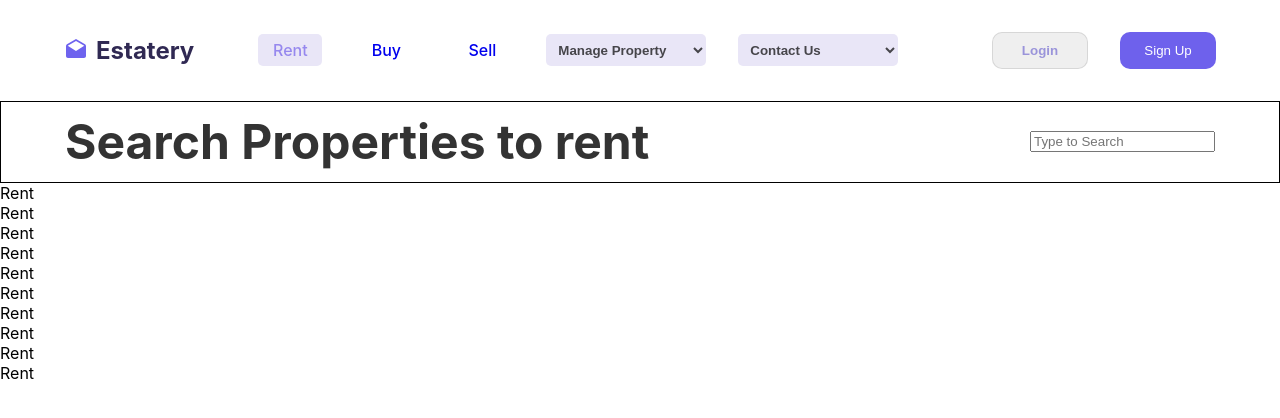
Repository: kapil4457/Reunion-Internship-Assignment
Page: /
These files come from the project's save history. The page is drawn as it stood at one moment and after the next save; the edit follows.
The browser window is 1280 px wide. The pictures show the whole page.
The project was rebuilt for these pictures with package versions that can differ from the ones it lists, and the page was loaded fresh each time. Also part of the build but not shown: src/App.css.

Above is the page before, as saved 2022-10-05 12:40:39.

### src/App.js
import { Route, Routes } from 'react-router-dom';
import './App.css';
import Header from './components/Header/Header';
import Home from  './components/Home/Home'
import Rent from './components/Rent/Rent';

function App() {
  return (
    <>
    <Header />
    <Routes>
      <Route path='/' element={<Home/>}/>
      <Route path='/rent' element={<Rent/>}/>
    </Routes>
    </>
  );
}

export default App;

### src/components/Header/Header.jsx
import React from "react";
import DraftsIcon from "@mui/icons-material/Drafts";
import { NavLink } from "react-router-dom";
import "./Header.css";
const Header = () => {
  return (
    <>
      <div className="header">
        <div className="left">
          <div className="logo">
            <DraftsIcon />
            <span>Estatery</span>
          </div>
          <div className="categories">
            <NavLink
              to="/rent"
              className={({ isActive }) => (isActive ? "activeClass" : "")}
            >
              Rent
            </NavLink>
            <NavLink
              strict
              to="/buy"
              className={({ isActive }) => (isActive ? "activeClass" : "")}
            >
              Buy
            </NavLink>
            <NavLink
              strict
              to="/sell"
              className={({ isActive }) => (isActive ? "activeClass" : "")}
            >
              Sell
            </NavLink>
            <select name="" id="manage">
              <option value="Manage Property" hidden>
                Manage Property
              </option>
              <option value="Owned">Owned</option>
              <option value="BookMarked">BookMarked</option>
            </select>
            <select name="" id="resources">
              <option value="contact">Contact Us</option>
              <option value="FAQ">FAQ</option>
            </select>
          </div>
        </div>
        <div className="right">
          <button className="login">Login</button>
          <button className="sign-up">Sign Up</button>
        </div>
      </div>
    </>
  );
};

export default Header;

### src/components/Home/Home.jsx
import React, { useEffect } from "react";
import { useNavigate } from "react-router-dom";

const Home = () => {
  const navigate = useNavigate();
  useEffect(() => {
    navigate("/rent");
  });
  return <></>;
};

export default Home;

### src/components/Rent/Rent.jsx
import React from "react";
import { home } from "../../home";
import RentCard from "../RentCard/RentCard";
import "./Rent.css";
const Rent = () => {
  return (
    <>
      <div className="rent-main">
        <div className="first">
          <div className="heading">Search Properties to rent</div>
          <input className="search-bar" placeholder="Type to Search" />
        </div>
        {home.map((item, idx) => (
          <RentCard data={item} key={idx} />
        ))}
      </div>
    </>
  );
};

export default Rent;

### src/components/Header/Header.css

.header{
display:flex;
justify-content:space-between;
align-items:center;
padding:2rem 4rem;
}

.left{
    display:flex;
    align-items:center;
    gap:4rem;
}
.left > .logo{
    display:flex;
    align-items:center;
    gap:0.5rem;
    font-size:1.5rem;
    font-weight:650;
    color:rgb(48,41,83);
}

.left > .logo > svg{
    color:rgb(110,99,238);
}

.categories{
    display:flex;
    align-items:center;
    gap:2rem;
}

.categories > a{
    text-decoration:none;
    font-weight:550;
    height:2rem;
    display:flex;
    align-items:center;
    width:4rem;
    justify-content: center;
}

.activeClass{
    color:rgb(150, 136, 238);
    background-color: rgb(233,230,247);
    border-radius: 5px;
}

.categories > select{
    width:10rem;
    height:2rem;
    border:none;
    outline:none;
    color:rgba(0,0,0,0.7);
    font-weight:550;
    background-color:rgb(233,230,247);
    border-radius:5px;
    padding:0 0.5rem;
}

.right{
    display:flex;
    align-items:center;
    gap:2rem;

}

.right > button {
    width:6rem;
    height:2.3rem;
    border-radius:10px;
    outline:none;

}

.login{
border:1px solid rgba(0,0,0,0.1);
color:rgb(154, 148, 218);
font-weight:650;
}

.sign-up
{
    background-color:rgb(110,97,236);
    color:white;
    border:none;
}

### src/home.js
export const home = [

        {
            state:"Nagpur",
            price:2500,
            address:" Lorem ipsum dolor sit amet consectetur adipisicing elit. Quis",
            bedCount:2,
            bathCount:2,
            area:"8x10",
            image:"h1.jpg",
            moveIn:new Date(2022,10,20)

        },
        {
            state:"Lonavala",
            price:2600,
            address:" Lorem ipsum dolor sit amet consectetur adipisicing elit. Quis",
            bedCount:2,
            bathCount:2,
            area:"8x12",
            image:"h2.jpg",
            moveIn:new Date(2022,11,20)


        },     {
            state:"Bathinda",
            price:3000,
            address:" Lorem ipsum dolor sit amet consectetur adipisicing elit. Quis",
            bedCount:3,
            bathCount:2,
            area:"10x12",
            image:"h3.jpg",
            moveIn:new Date(2022,11,12)


        },     {
            state:"Chandigarh",
            price:2700,
            address:" Lorem ipsum dolor sit amet consectetur adipisicing elit. Quis",
            bedCount:2,
            bathCount:2,
            area:"10x10",
            image:"h4.jpg",
            moveIn:new Date(2023,1,20)


        },     {
            state:"Pune",
            price:3800,
            address:" Lorem ipsum dolor sit amet consectetur adipisicing elit. Quis",
            bedCount:3,
            bathCount:3,
            area:"8x10",
            image:"h5.jpg",
            moveIn:new Date(2023,1,10)

        },     {
            state:"Shimla",
            price:3400,
            address:" Lorem ipsum dolor sit amet consectetur adipisicing elit. Quis",
            bedCount:3,
            bathCount:2,
            area:"12x10",
            image:"h6.jpg",
            moveIn:new Date(2023,2,15)


        },     {
            state:"Kochi",
            price:2100,
            address:" Lorem ipsum dolor sit amet consectetur adipisicing elit. Quis",
            bedCount:2,
            bathCount:2,
            area:"9x10",
            image:"h7.jpg",
            moveIn:new Date(2023 , 2 ,15)

        },     {
            state:"Banaras",
            price:2500,
            address:" Lorem ipsum dolor sit amet consectetur adipisicing elit. Quis",
            bedCount:2,
            bathCount:2,
            area:"8x10",
            image:"h8.jpg",
            moveIn:new Date(2023 , 3 ,19)


        },     {
            state:"Banglore",
            price:4000,
            address:" Lorem ipsum dolor sit amet consectetur adipisicing elit. Quis",
            bedCount:3,
            bathCount:2,
            area:"10x14",
            image:"h9.jpg",
            moveIn:new Date(2023 , 5 , 19)


        },     {
            state:"Aurangabad",
            price:3000,
            address:" Lorem ipsum dolor sit amet consectetur adipisicing elit. Quis",
            bedCount:2,
            bathCount:2,
            area:"8x10",
            image:"h10.jpg",
            moveIn:new Date(2023 , 6 , 6)


        },

]

### src/components/RentCard/RentCard.jsx
import React from "react";

const RentCard = ({ data }) => {
  return <div>Rent</div>;
};

export default RentCard;

### src/components/Rent/Rent.css
.first{
    display:flex;
    height:5rem;
    border:1px solid black;
    justify-content: space-between;
    align-items:center;
    padding:0 4rem;
}

.first > .heading{
    font-size:3rem;
    font-weight:650;
    color:rgba(0,0,0,0.8);
}

Loaded but not shown: public/index.html (common file); src/index.js (common file); src/index.css (common file); src/reportWebVitals.js (common file)

After the next save:
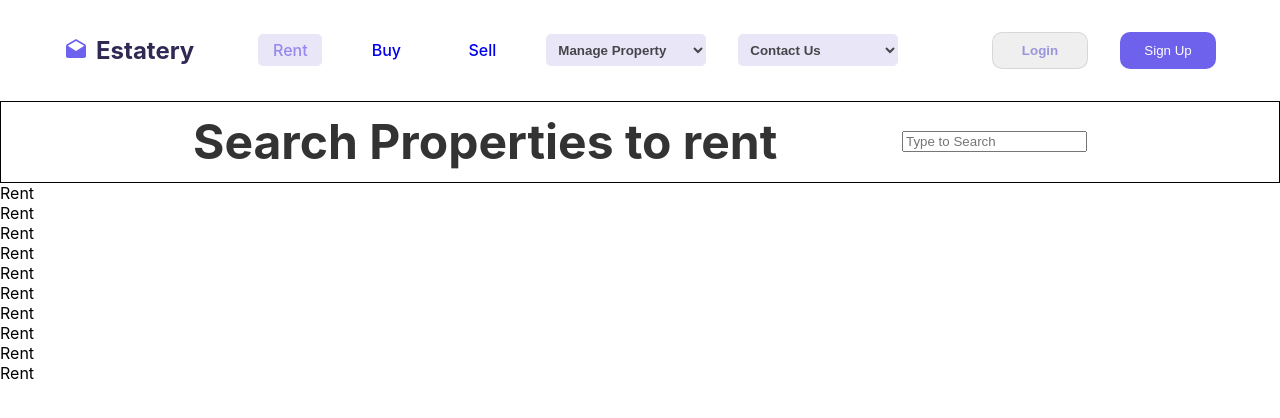
Saved 46 s later.
--- a/src/components/Rent/Rent.css
+++ b/src/components/Rent/Rent.css
@@ -4,7 +4,7 @@
     border:1px solid black;
     justify-content: space-between;
     align-items:center;
-    padding:0 4rem;
+    padding:0 12rem;
 }
 
 .first > .heading{
